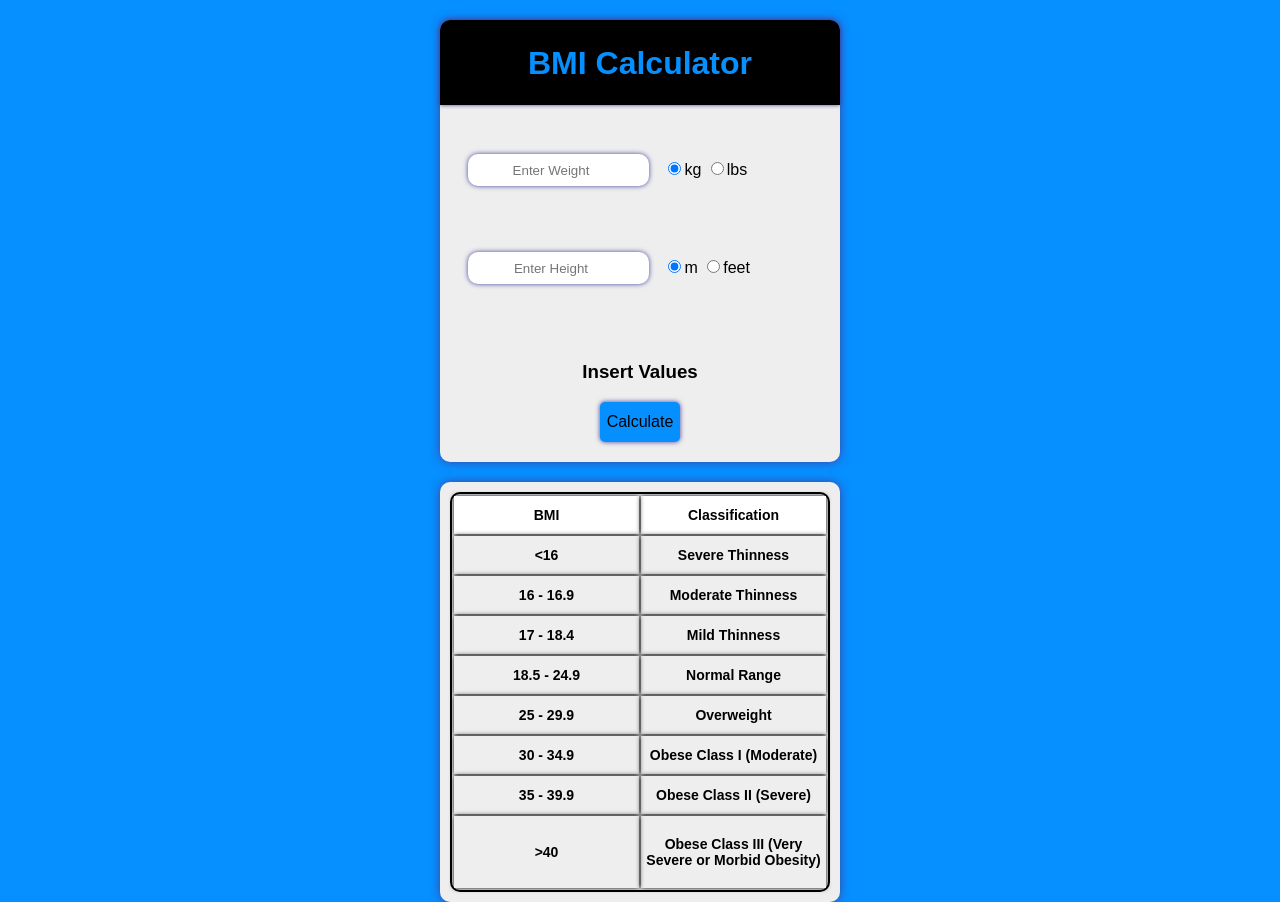
Repository: shayanabedi98/bmi-calculator
Page: index.html
An editor plug-in stored every save of this project. The page is shown before and after the next save, followed by the edit.
The browser window is 1280 px wide. The pictures show the whole page.

Above is the page before, as saved 2023-07-24 16:31:14.

After the next save:
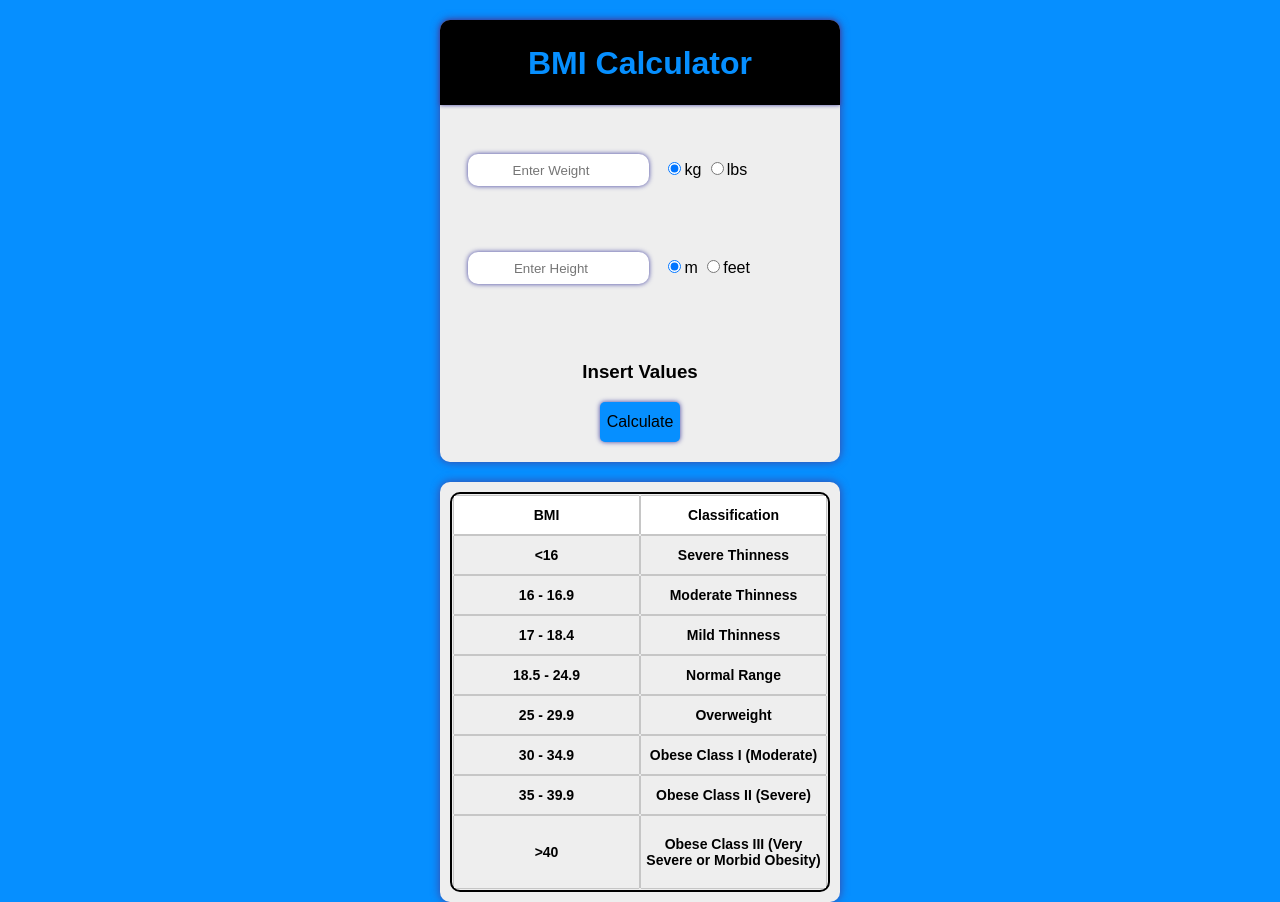
Saved 4 s later.
--- a/styles.css
+++ b/styles.css
@@ -43,7 +43,7 @@ table {
 }
 
 th {
-    box-shadow: 0 0 5px 0 black;
+    box-shadow: 0 0 1px 0 black;
 }
 
 .weight {
